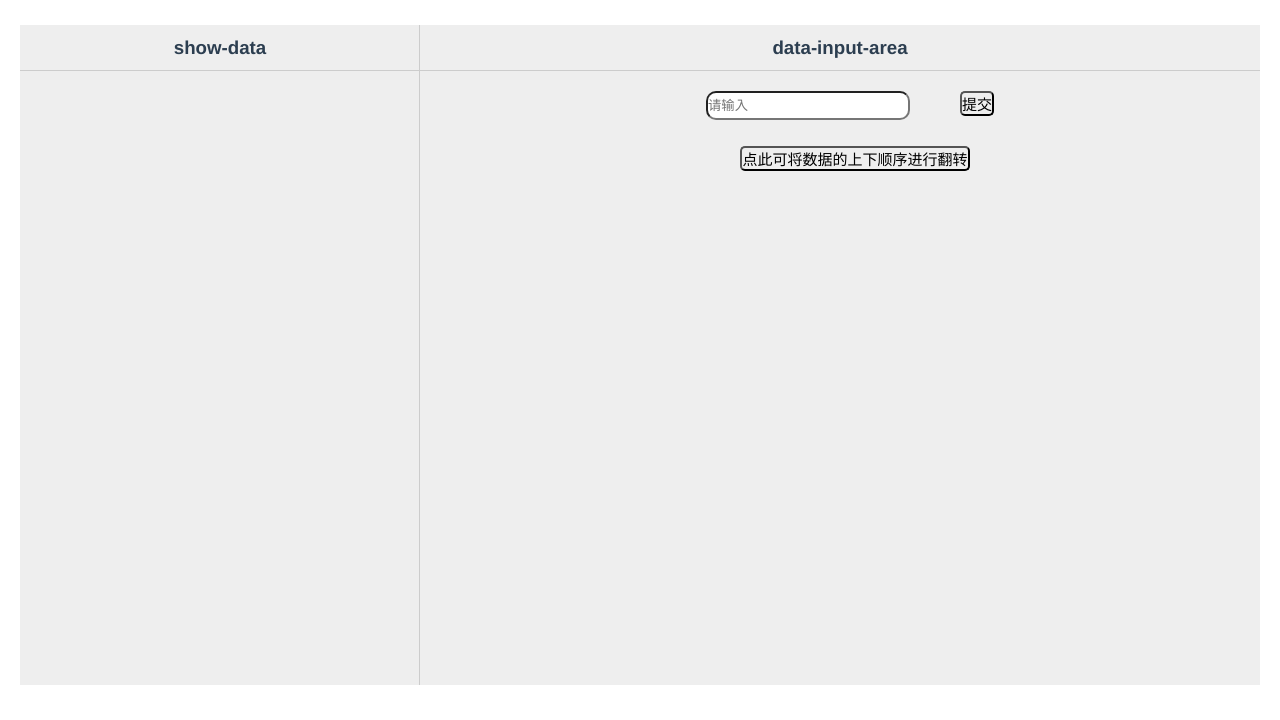
Repository: z-xy-git/demofirst
Page: /home/reverseShowData
An editor plug-in stored every save of this project. The page is shown before and after the next save, followed by the edit.
The browser window is 1280 px wide. The pictures show the whole page.
The project was rebuilt for these pictures with package versions that can differ from the ones it lists, and the page was loaded fresh each time.

Above is the page before, as saved 2021-03-01 14:42:14.

After the next save:
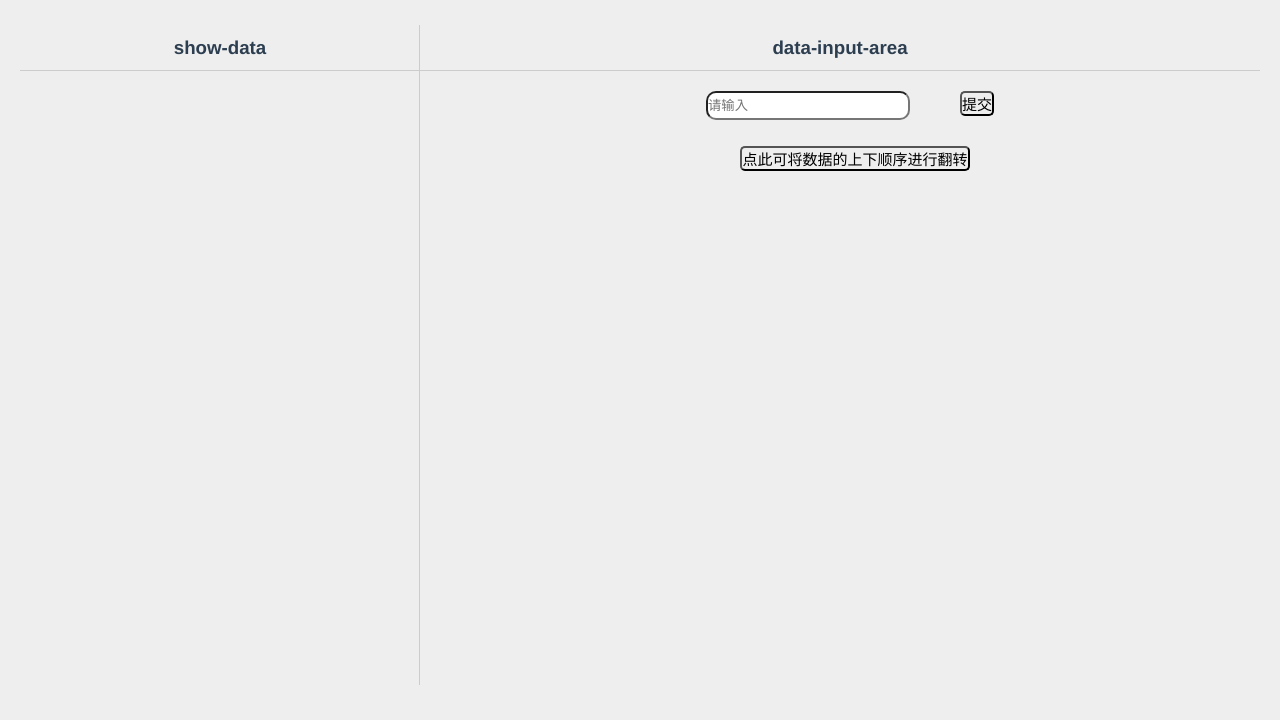
Saved 5 min 45 s later.
--- a/src/App.vue
+++ b/src/App.vue
@@ -13,7 +13,7 @@
   color: #2c3e50;
 }
 body{
-  background-color: #fff;
+  background-color: #eee;
 }
 #nav {
   padding: 30px;
